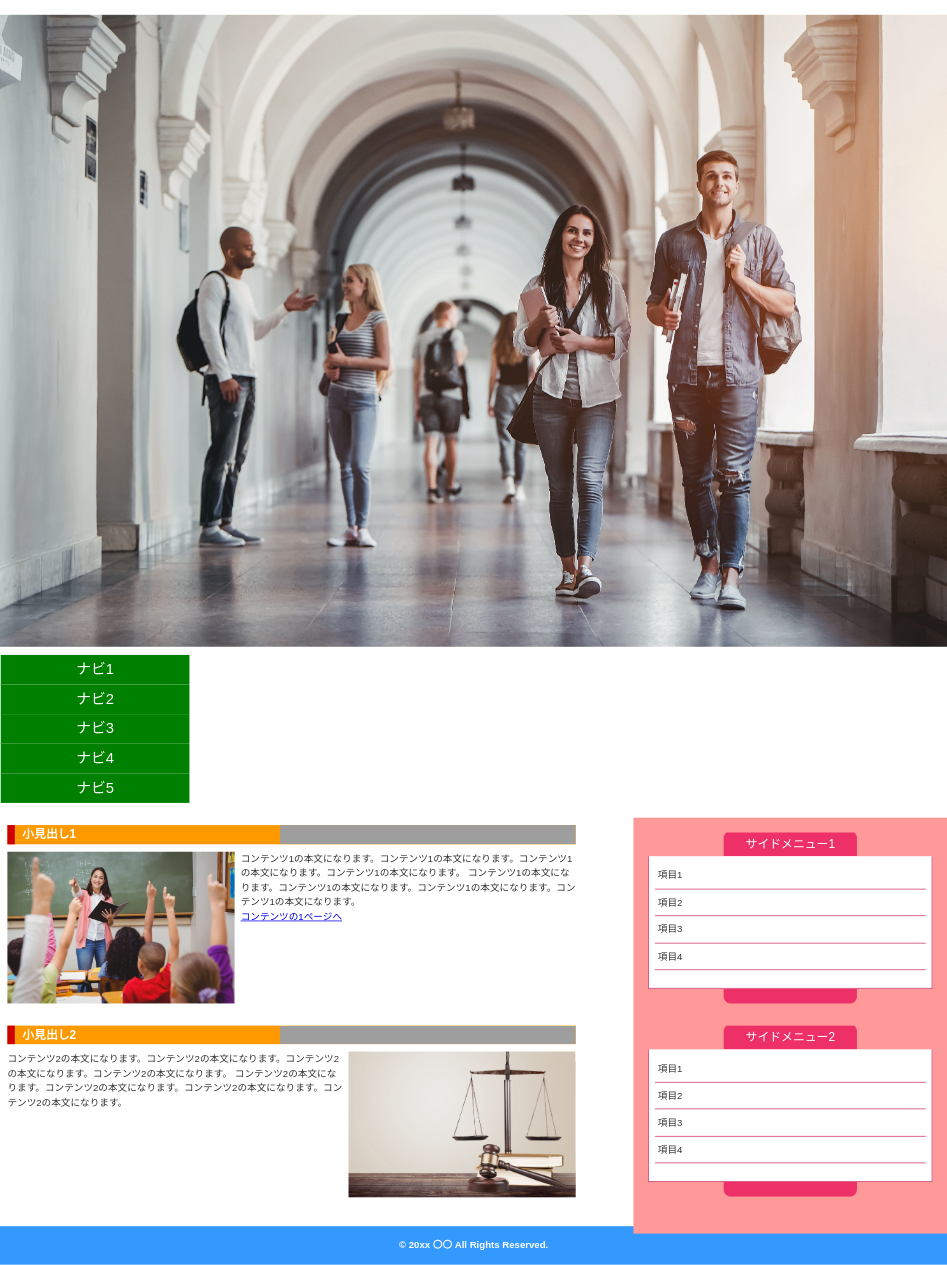
Repository: revolver67/samurai_HTML-CSS
Page: home.html
The author's editor kept a record of every edit. The page is drawn from the files as they stood at one moment, then again after the next edit.
The browser window is 1280 px wide. The pictures show the whole page, at 74% of full size.
Pictures or frames that could not be fetched are drawn as grey boxes.

Above is the page before.

### home.html
<!DOCTYPE html>
<html lang=ja>
　<head>
    <meta charset="UTF-8">
    <title>HTML/CSSの学習</title>
    <link rel="stylesheet" href="stylesheet.css">
  </head>
<body>
    <div id="header">
        <h1><a href="index.html"><img id="corridor" src="images/corridor.jpg" alt="大学の廊下"></a></h1>
    </div>
    <div id="wrapper">
        <div id="nav">
            <ul>
                <li><a href="home.html">ナビ1</a></li>
                <li><a href="#">ナビ2</a></li>
                <li><a href="#">ナビ3</a></li>
                <li><a href="#">ナビ4</a></li>
                <li><a href="#">ナビ5</a></li>
            </ul>
        </div>
        <div id="container">
            <div id="main">
                <div class="post clearfix">
                    <h2>小見出し1</h2>
                    <img class="left" src="images/classroom.jpg" alt="授業風景" />
                    コンテンツ1の本文になります。コンテンツ1の本文になります。コンテンツ1の本文になります。コンテンツ1の本文になります。
                    コンテンツ1の本文になります。コンテンツ1の本文になります。コンテンツ1の本文になります。コンテンツ1の本文になります。
                    </p>
                    <p><a href="#">コンテンツの1ページへ</a></p>
                </div>
                <div class="post clearfix">
                    <h2>小見出し2</h2>
                    <img class="right" src="images/scale.jpg" alt="天秤" />
                    <p>
                    コンテンツ2の本文になります。コンテンツ2の本文になります。コンテンツ2の本文になります。コンテンツ2の本文になります。
                    コンテンツ2の本文になります。コンテンツ2の本文になります。コンテンツ2の本文になります。コンテンツ2の本文になります。
                    </p>
                </div>
            </div>
            <div id="side">
                <div class="box">
                    <h2>サイドメニュー1</h2>
                    <div class="boxBody">
                        <ul>
                            <li>項目1</li>
                            <li>項目2</li>
                            <li>項目3</li>
                            <li>項目4</li>
                        </ul>
                    </div>
                    </div>
                <div class="box">
                    <h2>サイドメニュー2</h2>
                    <div class="boxBody">
                        <ul>
                            <li>項目1</li>
                            <li>項目2</li>
                            <li>項目3</li>
                            <li>項目4</li>
                        </ul>
                    </div>
                </div>
            </div>
        </div>
    </div>
    <div id="footer">
        <P>&copy; 20xx 〇〇 All Rights Reserved.</P>
    </div>
</body>
</html>

### stylesheet.css
@charset "utf-8";

body {
	margin: 0;
	padding: 0;
	font-family: "ヒラギノ角ゴ Pro W3", "Hiragino Kaku Gothic Pro", "メイリオ", Meiryo, Osaka, "ＭＳ Ｐゴシック", "MS PGothic", sans-serif;
	color: #333;
	font-size: 13px;
	line-height: 150%;
}

/* -------------------- wrapper -------------------- */
#wrapper {
	width: 100%;
	margin: auto;
	padding: 0px;
	border: 0px;
	background-color: #FFF;
	position: relative;
	top: 10px;
}
/*-------------------- header -------------------------*/

#header {
    width: 100%;
}
#header h1 {
    margin: 0;
    padding: 0;
}
#corridor {
    width: 100%;
    height: auto;
}

/*-------------------- footer -------------------------*/

#footer {
    clear: both;
    width: 100%;;
    padding: 3px 0 3px 0;
    background: #39F;
    color: #FFF;
    font-weight: bold;
    text-align: center;
}

/*-------------------- nav -------------------------*/
#nav {
   width: 100%;
}
#nav ul {
    diplay: flex;
    margin: 0;
    padding: 0;
    list-style-type: none;
}
#nav ul li {
    /*float: left;*/
    width: 20%;
    text-align: center;
}
#nav ul li a {
    display: block;
    height: 20px;
    margin: 0;
    padding: 10px;
    color: #FFF;
    font-size: 20px;
    text-decoration: none;
    background-color: green;
    border-left: 1px solid white;

}
#nav ul li a:hover {
    filter: drop-shadow(10px 10px 10px black);
}
/*-------------------- container -------------------------*/
#container {
    width: 100%;
    margin: auto;
    padding: auto;
    padding-top: 20px;
    clear: both;
}
/*-------------------- main -------------------------*/
#main {
    float: left;
    width: 60%;
    padding: 10px 30px 10px 10px;
}
#main h2 {
    margin: 0 0 10px 0;
    padding: 3px 10px 3px 10px;
    color: #FFF;
    font-size: 16px;
    border-left: solid 10px #C00;
    background: #F90 url(../images/main_h2.jpg) right top repeat-y;
}
#main p {
    margin: 0;
    padding: 0;
}
#main .post {
    margin: 0 0 30px 0;
}
#main .post img.right {
    margin: 0 0 0 8px;
}
#main .post img.left {
    margin: 0 8px 0 0;
}
.right {
    float: right;
    width: 40%;
    height: auto;
}
.left {
    float: left;
    width: 40%;
    height: auto;
}
/*-------------------- clearfix -------------------------*/
.clearfix {
    zoom: 1;
}
.clearfix:after {
    content: "";
    display: block;
    clear: both;
}

/*-------------------- side -------------------------*/
#side {
    float: right;
    width: 30%;
    padding: 20px;
    background-color: #F99;
}
#side .box {
    margin: 0 auto 30px auto;
    padding: 0 0 20px 0;
    background: url(images/side_box.png) bottom no-repeat;
}
#side .box h2 {
    margin: 0;
    padding: 8px;
    text-align: center;
    color: #fff;
    font-size: 16px;
    line-height: 16px;
    font-weight: normal;
    background: url(images/side_box_h2.png) center no-repeat;
}
#side .box .boxBody {
    padding: 8px;
    border-right: solid 1px #C36;
    border-bottom: solid 1px #C36;
    border-left: solid 1px #C36;
    background: #fff;
}
#side .box .boxBody ul {
    margin: 0 0 16px 0;
    padding: 0;
}

#side .box .boxBody ul li {
    padding: 8px 0 8px 4px;
    list-style: none;
    border-bottom: solid 1px #C36;
}
#side .box .boxBody ul li:hover {
    padding: 8px 0 8px 4px;
    list-style: none;
    border-bottom: solid 1px #C36;
    box-shadow: 0px 4px 4px rgba(0, 0, 0,0.3);
}

After the next edit:
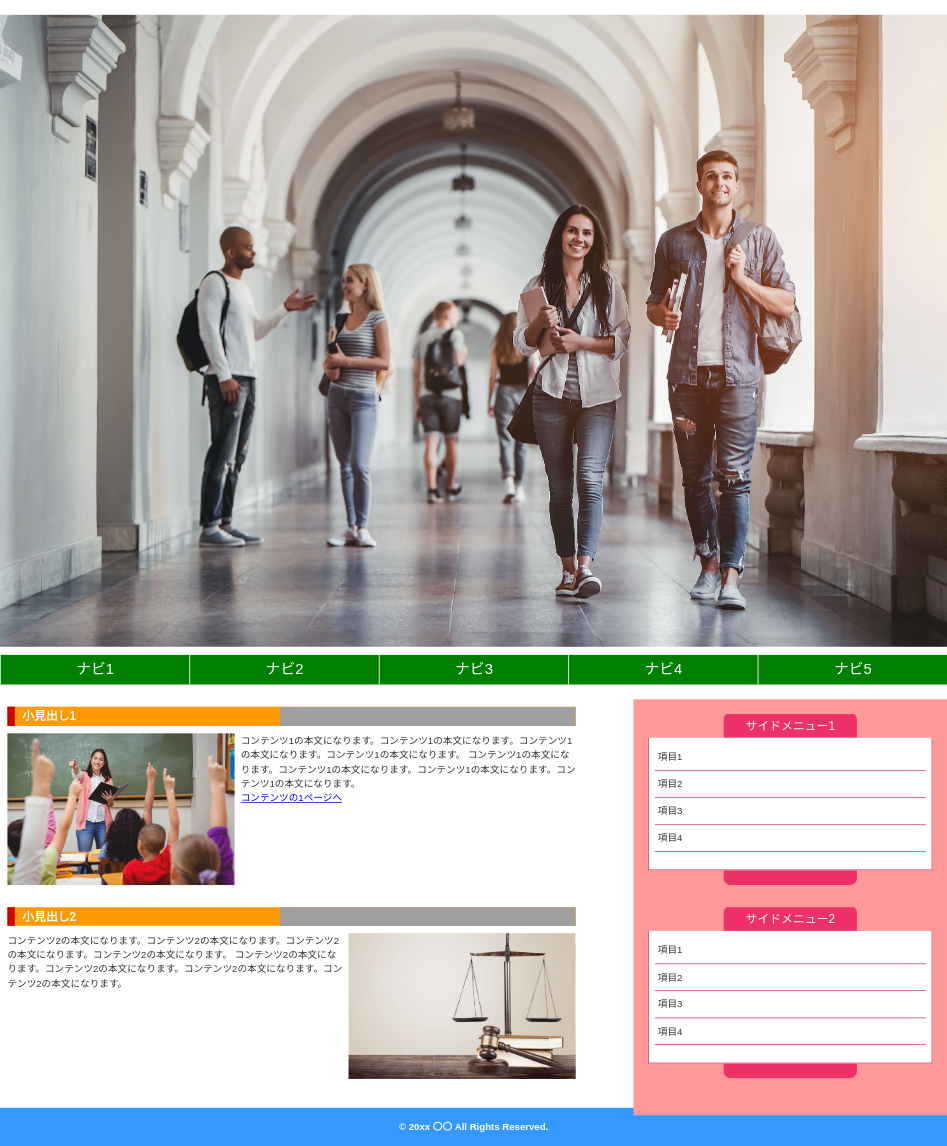
The edit:
--- a/stylesheet.css
+++ b/stylesheet.css
@@ -50,7 +50,7 @@
    width: 100%;
 }
 #nav ul {
-    diplay: flex;
+    display: flex;
     margin: 0;
     padding: 0;
     list-style-type: none;
